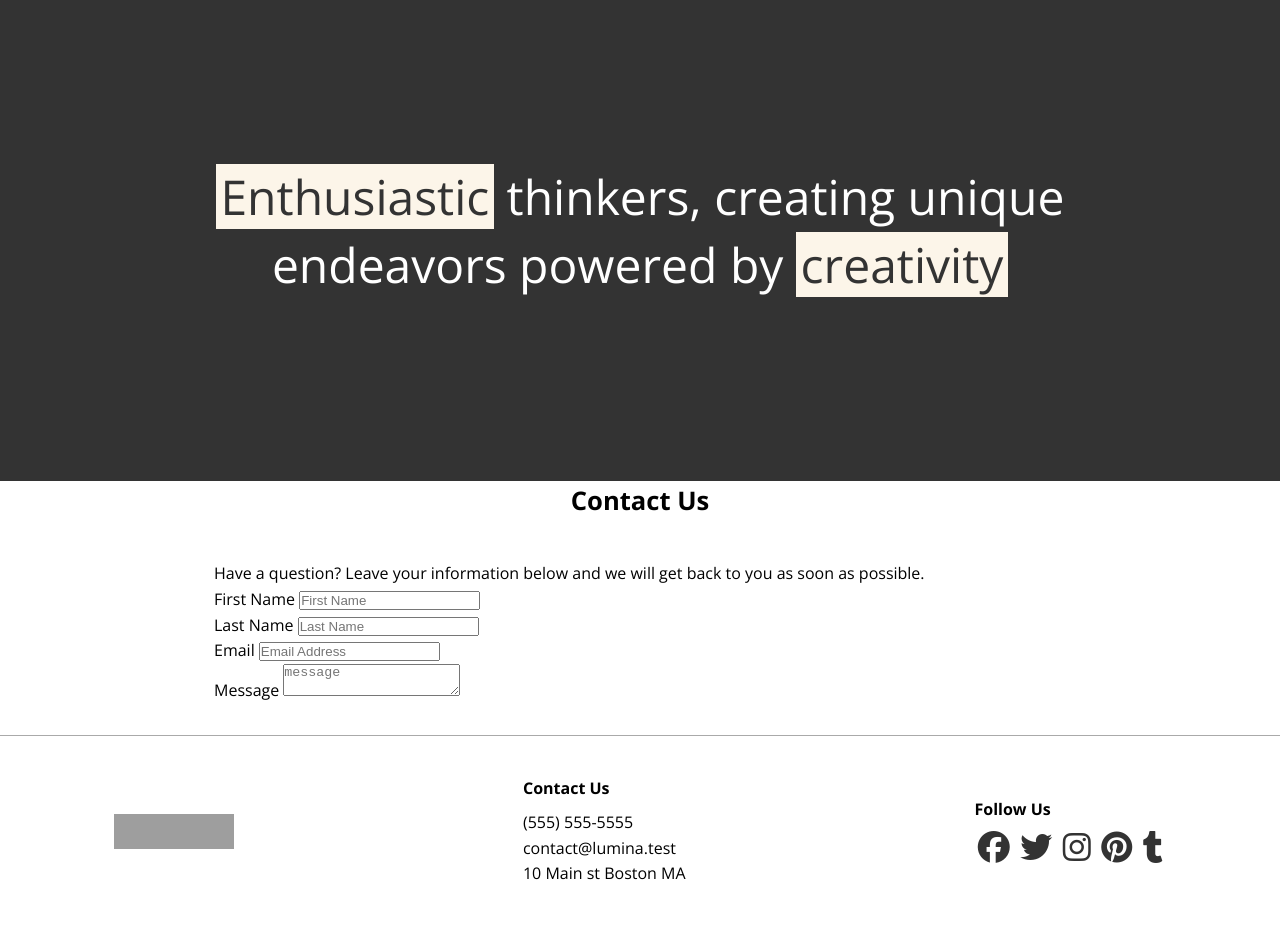
Repository: AchrafAzzaoui/lumina-creative-html-css-project
Page: lumina-creative/contact.html
The author's editor kept a copy of each file at every save. The page is drawn from the files as they stood at one save, then again after the next save.
The browser window is 1280 px wide. The pictures show the part of the page from y = 165 to 1117 px (the page is 1092 px tall before and 1117 px after).
Pictures or frames that could not be fetched are drawn as grey boxes. A picture or video elsewhere on the page could not be fetched, so the positions and the page height are approximate. Some web libraries are served in a nearby version.

Above is the page before, as saved 2024-08-22 16:00:35.

### lumina-creative/contact.html
<!DOCTYPE html>
<html lang="en">
  <head>
    <meta charset="UTF-8" />
    <meta name="viewport" content="width=device-width, initial-scale=1.0" />
    <title>Document</title>
  </head>
  <body>
    <!DOCTYPE html>
    <html lang="en">
      <head>
        <meta charset="UTF-8" />
        <meta name="viewport" content="width=device-width, initial-scale=1.0" />
        <title>Contact Lumina Creative</title>
        <link rel="preconnect" href="https://fonts.googleapis.com" />
        <link rel="preconnect" href="https://fonts.gstatic.com" crossorigin />
        <link
          rel="stylesheet"
          href="https://cdnjs.cloudflare.com/ajax/libs/font-awesome/6.6.0/css/all.min.css"
          integrity="sha512-Kc323vGBEqzTmouAECnVceyQqyqdsSiqLQISBL29aUW4U/M7pSPA/gEUZQqv1cwx4OnYxTxve5UMg5GT6L4JJg=="
          crossorigin="anonymous"
          referrerpolicy="no-referrer"
        />
        <link
          href="https://fonts.googleapis.com/css2?family=Open+Sans:ital,wght@0,300..800;1,300..800&display=swap"
          rel="stylesheet"
        />
        <link rel="stylesheet" href="css/styles.css" />
        <link rel="icon" href="images/favicon.ico" />
      </head>
      <body>
        <header class="header">
          <div class="container container-sm header-flex">
            <img src="images/logo.png" alt="Lumina Creative" class="logo" />
            <nav>
              <ul class="main-menu">
                <li><a href="index.html">Home</a></li>
                <li><a href="about.html">About</a></li>
                <li><a class="current" href="contact.html">Contact</a></li>
              </ul>
            </nav>
          </div>
        </header>

        <section class="hero bg-dark">
          <div class="container container-sm">
            <h2>
              <span class="bg-primary">Enthusiastic</span> thinkers, creating
              unique endeavors powered by
              <span class="bg-primary">creativity</span>
            </h2>
          </div>
        </section>

        <section class="contact">
          <div class="container container-sm">
            <h2 class="section-heading">Contact Us</h2>
            <p>
              Have a question? Leave your information below and we will get back
              to you as soon as possible.
            </p>
            <form>
              <div class="form-group">
                <label for="first-name" class="visually-hidden"
                  >First Name</label
                >
                <input
                  id="first-name"
                  name="first-name"
                  type="text"
                  placeholder="First Name"
                />
              </div>
              <div class="form-group">
                <label for="last-name" class="visually-hidden">Last Name</label>
                <input
                  id="last-name"
                  name="last-name"
                  type="text"
                  placeholder="Last Name"
                />
              </div>
              <div class="form-group">
                <label for="email" class="visually-hidden">Email</label>
                <input
                  id="email"
                  name="email"
                  type="email"
                  placeholder="Email Address"
                />
              </div>
              <div class="form-group">
                <label for="message" class="visually-hidden">Message</label>
                <textarea
                  type="text"
                  id="message"
                  name="message"
                  placeholder="message"
                ></textarea>
              </div>
            </form>
          </div>
        </section>

        <footer class="footer">
          <div class="container footer-flex">
            <img src="images/logo.png" alt="Lumina Creative" />
            <div>
              <h4>Contact Us</h4>
              <ul>
                <li>(555) 555-5555</li>
                <li>contact@lumina.test</li>
                <li>10 Main st Boston MA</li>
              </ul>
            </div>
            <div>
              <h4>Follow Us</h4>
              <a href="#"><i class="fab fa-facebook fa-2x"></i></a>
              <a href="#"><i class="fab fa-twitter fa-2x"></i></a>
              <a href="#"><i class="fab fa-instagram fa-2x"></i></a>
              <a href="#"><i class="fab fa-pinterest fa-2x"></i></a>
              <a href="#"><i class="fab fa-tumblr fa-2x"></i></a>
            </div>
          </div>
        </footer>
      </body>
    </html>
  </body>
</html>

### lumina-creative/css/styles.css
* {
  margin: 0;
  padding: 0;
  box-sizing: border-box;
}

:root {
  --primary-color: #fcf5e9;
  --container-normal: 1100px;
  --container-wide: 1400px;
  --container-narrow: 900px;
  --dark-color: #333;
}

body {
  font-family: "Open Sans", sans-serif;
  line-height: 1.6;
}
a {
  text-decoration: none;
  color: #333;
}
ul {
  list-style: none;
}
img {
  max-width: 100%;
}
/* utility classes */

.bg-primary {
  background-color: var(--primary-color);
  color: #333;
}

.bg-dark {
  background: var(--dark-color);
  color: white;
}

.section-heading {
  font-size: 1.6rem;
  text-align: center;
  margin-bottom: 40px;
}

.bg-dark .bg-primary {
  padding: 0 0.3rem;
}
/* Container */

.container {
  max-width: var(--container-normal);
  margin: 0 auto;
  padding: 0 1.5rem;
}

.container-lg {
  max-width: var(--container-wide);
}

.container-sm {
  max-width: var(--container-narrow);
}

/* Header */
.header {
  margin: 1.5rem auto;
}
.header .logo {
  width: 130px;
}

.header .header-flex {
  display: flex;
  justify-content: space-between;
  align-items: center;
}

.header .main-menu {
  display: flex;
  gap: 1rem;
}

.header .main-menu a {
  padding: 0.5rem 1rem;
}

.header .main-menu a:hover {
  background-color: var(--primary-color);
}

.current {
  background-color: var(--primary-color);
  font-weight: 600;
}

/* Hero */
.hero {
  height: 500px;
  display: flex;
  flex-direction: column;
  justify-content: center;
  align-items: center;
  text-align: center;
}

.hero h2 {
  font-size: 3rem;
  line-height: 1.4;
  font-weight: normal;
}
/* Photo gallery */
.gallery-flex {
  display: flex;
  justify-content: center;
  flex-wrap: wrap;
  gap: 20px;
}
.gallery-item {
  width: calc(33.333% - 20px);
  border-radius: 10px;
}
.gallery-item img {
  border-radius: 10px;
}

.gallery-item:hover {
  opacity: 0.9;
}

/* footer styles */
.footer {
  border-top: 1px solid #aaa;
  padding: 2.5rem 1.5rem;
  margin-top: 2rem;
}

.footer-flex {
  display: flex;
  justify-content: space-between;
  align-items: center;
}

.footer img {
  width: 120px;
  height: 35px;
}

.footer h4 {
  font-size: 1rem;
  margin-bottom: 0.5rem;
}
.footer a {
  margin: 0.2rem;
}

/* Services */
.services {
  padding: 3rem 0 4rem;
}
.services-flex {
  display: flex;
  gap: 2rem;
}
.service-item h4 {
  font-size: 1.5rem;
}
/* Team */
.team {
  padding: 3rem 0px 4rem;
}

.team-flex {
  display: flex;
  gap: 1.4rem;
}

.team img {
  border-radius: 10px;
}

/* Media Queries */

@media (max-width: 768px) {
  .header .header-flex,
  .footer .footer-flex,
  .services-flex,
  .team-flex {
    flex-direction: column;
    gap: 1.5rem;
  }
  .hero {
    height: 300px;
  }

  .hero h2 {
    font-size: 1.8rem;
  }

  .gallery-item {
    width: calc(50% - 20px);
  }
  .footer .footer-flex {
    text-align: center;
  }
}

After the next save:
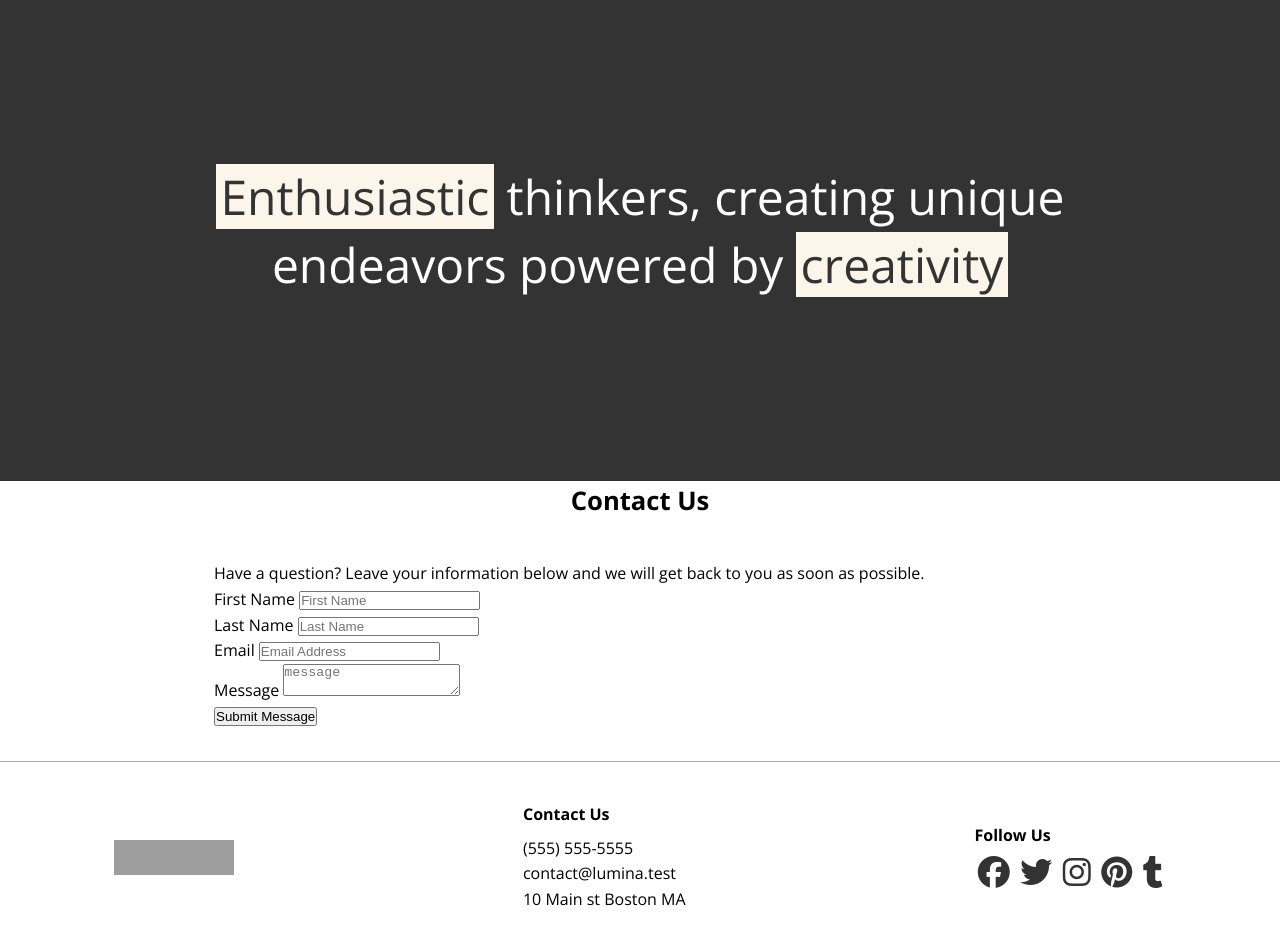
Saved 6 h 19 min later.
--- a/lumina-creative/contact.html
+++ b/lumina-creative/contact.html
@@ -98,6 +98,9 @@
                   placeholder="message"
                 ></textarea>
               </div>
+              <div class="form-group">
+                <button type="submit" class="btn">Submit Message</button>
+              </div>
             </form>
           </div>
         </section>
